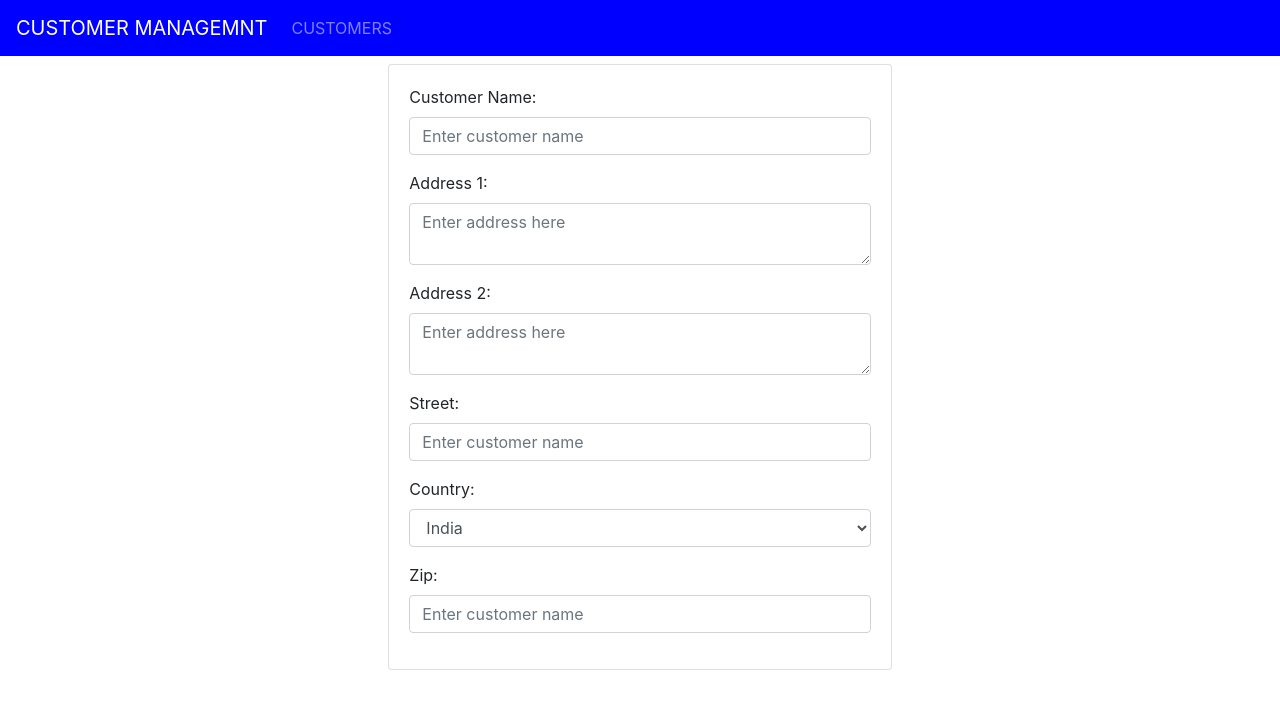
Repository: shruti-2522/webdirekt-assignment
Page: http://localhost/Customer-Project/customer-form.jsp
An editor plug-in stored every save of this project. The page is shown before and after the next save, followed by the edit.
The browser window is 1280 px wide. The pictures show the whole page.
The page is served by Tomcat 9. Other server files are loaded and not shown.

Above is the page before, as saved 2021-07-05 10:40:33.

### Customer-Project/src/main/webapp/customer-form.jsp
<%@ page language="java" contentType="text/html; charset=ISO-8859-1"
	pageEncoding="ISO-8859-1"%>
<!DOCTYPE html>
<html>
<head>
<meta charset="ISO-8859-1">
<title>Add Customer</title>
<link rel="stylesheet"
	href="https://cdn.jsdelivr.net/npm/bootstrap@4.5.3/dist/css/bootstrap.min.css"
	integrity="sha384-TX8t27EcRE3e/ihU7zmQxVncDAy5uIKz4rEkgIXeMed4M0jlfIDPvg6uqKI2xXr2"
	crossorigin="anonymous">
</head>
<body>

	<header>
		<nav class="navbar navbar-expand-md navbar-dark"
			style="background-color: blue">
			<div>
				<a class="navbar-brand">CUSTOMER MANAGEMNT</a>
			</div>

			<ul class="navbar-nav">
				<li><a href="<%=request.getContextPath()%>/list"
					class="nav-link">CUSTOMERS</a></li>
			</ul>
		</nav>


	</header>

	<div class="container col-md-5 mt-2">
		<div class="card">
			<div class="card-body">

				<fieldset class="form-group">
					<label>Customer Name:</label> <input type="text"
						class="form-control" placeholder="Enter customer name" name="name"
						required>
				</fieldset>


				<fieldset class="form-group">
					<label>Address 1:</label>
					<textarea class="form-control" name="addr1" placeholder="Enter address here" ></textarea>
			</fieldset>



				<fieldset class="form-group">
					<label>Address 2:</label>
					<textarea class="form-control" name="addr2" placeholder="Enter address here" ></textarea>
			</fieldset>

			<fieldset class="form-group">
					<label>Street:</label> <input type="text"
						class="form-control" placeholder="Enter customer name" name="street"
						>
				</fieldset>


			<fieldset class="form-group">
					<label>Country:</label>

					<select name="country"  class="form-control">
					<option>India</option>
					<option>America</option>
				    <option>Chin</option>
				    <option>Other</option>
					</select>
				</fieldset>

	<fieldset class="form-group">
					<label>Zip:</label> <input type="number"
						class="form-control" placeholder="Enter customer name" name="zip"
						>
				</fieldset>


			</div>

		</div>
	</div>




</body>
</html>

After the next save:
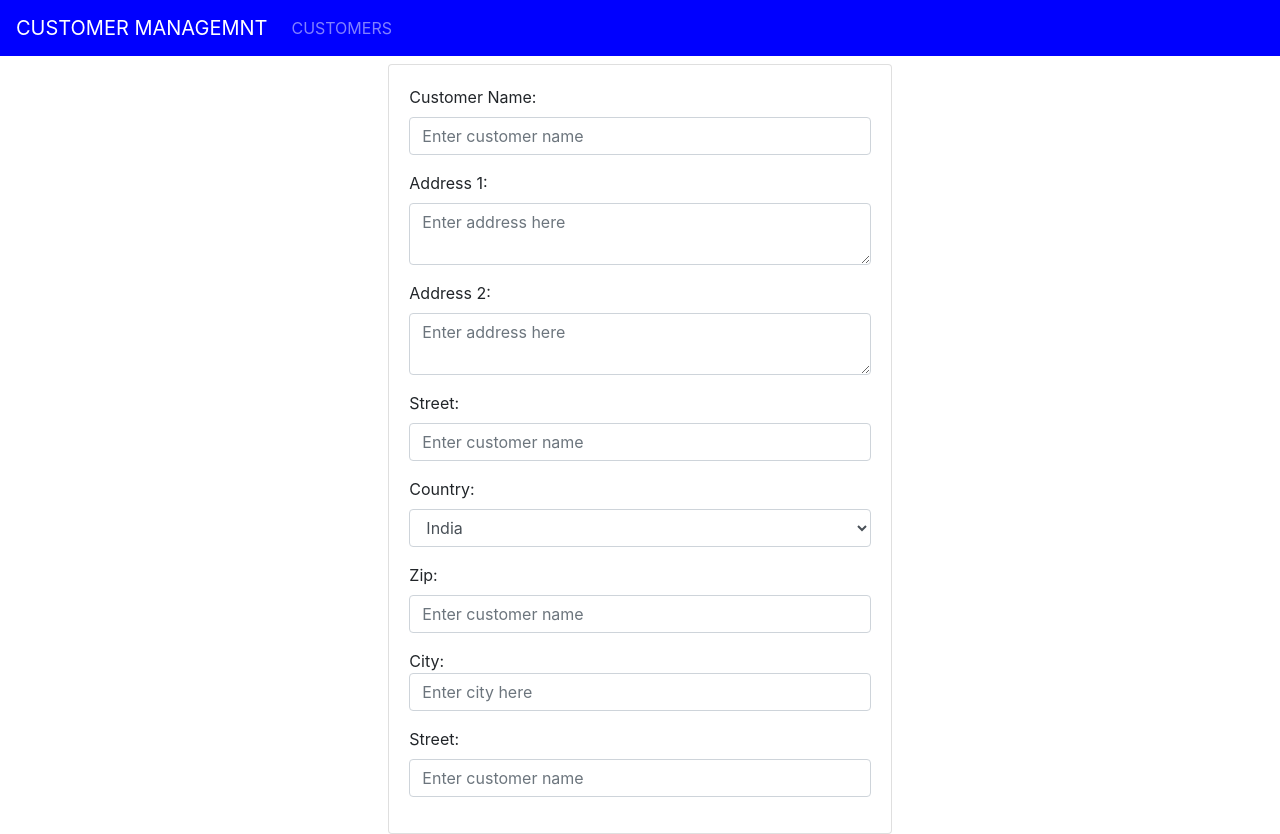
Saved 42 s later.
--- a/Customer-Project/src/main/webapp/customer-form.jsp
+++ b/Customer-Project/src/main/webapp/customer-form.jsp
@@ -76,6 +76,18 @@
 				</fieldset>
 
 
+				<fieldset class="form-group">
+					<labell>City:</label> <input type="text"
+						class="form-control" placeholder="Enter city here" name="city"
+						>
+				</fieldset>
+
+					<fieldset class="form-group">
+					<label>Street:</label> <input type="text"
+						class="form-control" placeholder="Enter customer name" name="street"
+						>
+				</fieldset>
+
 			</div>
 
 		</div>
